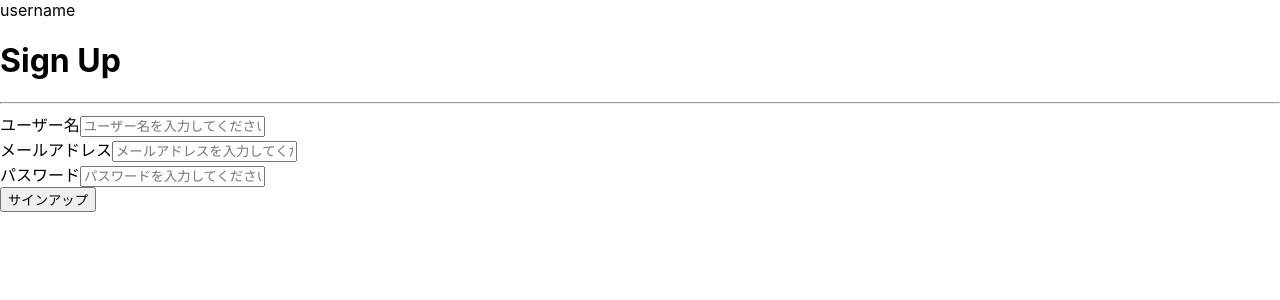
Repository: tosaken1116/Backs-of-seniors-hackathon
Page: /components/SignUpModal
The author's editor kept a copy of each file at every save. The page is drawn from the files as they stood at one save, then again after the next save.
The browser window is 1280 px wide. The pictures show the whole page.
The project was rebuilt for these pictures with package versions that can differ from the ones it lists, and the page was loaded fresh each time. The framework's server and built-in components were replaced by stand-ins that run in the browser. Also part of the build but not shown: next.config.js.

Above is the page before, as saved 2022-07-17 03:36:57.

### pages/_document.js
import Document, { Head, Html, Main, NextScript } from 'next/document'

class MyDocument extends Document {
  render() {
    return (
      <Html>
        <Head>
          <link
            href="https://fonts.googleapis.com/css2?family=Inter&display=optional"
            rel="stylesheet"
          />
        </Head>
        <body>
          <Main />
          <NextScript />
        </body>
      </Html>
    )
  }
}

export default MyDocument

### pages/components/SignUpModal.tsx
import { useState } from "react";
export default function SignInModal() {
    type loginElement = {
        username: string;
        email: string;
        password: string;
    };
    type register = {
        registeredemail: string;
        registeredpassword: string;
    };

    let initialValues = { username: "", email: "", password: "" };
    const [formValues, setFormValues] = useState<loginElement>(initialValues);
    const [formErrors, setFormErrors] = useState<loginElement>(initialValues);
    // const [isSubmit, setIsSubmit] = useState(false);

    const handleChange = (event) => {
        // console.log(event.target);
        const { name, value } = event.target;
        setFormValues({ ...formValues, [name]: value });
    };

    const handleSubmit = (event) => {
        event.preventDefault();
        //ログイン情報の送信
        //バリデーションチェック
        {
            /*setFormErrors(validate(formValues));
        console.log(formErrors);*/
        }
        // setIsSubmit(true);
    };

    /*const validate = (values) => {
        const errors: loginElement = initialValues;
        if (!values.username) {
            errors.username = "ユーザー名を入力してください";
        }
        if (!values.email) {
            errors.email = "メールアドレスを入力してください";
        }
        if (!values.password) {
            errors.password = "パスワードを入力してください";
        } else if (values.password.length < 4) {
            errors.password =
                "4文字以上15文字以下のパスワードを入力してください";
        } else if (values.password.length > 15) {
            errors.password =
                "4文字以上15文字以下のパスワードを入力してください";
        }
        // console.log(errors);
        return errors;
    };
    };*/

    return (
        <div>
            <div className="flex">
                <div className="flex-none w-14 h-14">username</div>
            </div>
            <div className="formcontainer">
                <form onSubmit={(event) => handleSubmit(event)}>
                    <h1>Sign Up</h1>
                    <hr />
                    <div className="uiForm">
                        <div className="formField">
                            <label>ユーザー名</label>
                            <input
                                type="text"
                                placeholder="ユーザー名を入力してください"
                                name="username"
                                required
                                onChange={(event) => handleChange(event)}
                            />
                            {/* <div>{formErrors.username}</div> */}
                        </div>
                        {/* <p className="errormsg">{formErrors.username}</p> */}
                        <div className="formField">
                            <label>メールアドレス</label>
                            <input
                                type="text"
                                placeholder="メールアドレスを入力してください"
                                name="email"
                                required
                                onChange={(event) => handleChange(event)}
                            />
                            {/* <div>{formErrors.email}</div> */}
                        </div>
                        {/* <p className="errormsg">{formErrors.email}</p> */}
                        <div className="formField">
                            <label>パスワード</label>
                            <input
                                type="password"
                                placeholder="パスワードを入力してください"
                                name="password"
                                required
                                onChange={(event) => handleChange(event)}
                            />
                        </div>
                        {/* <div>{formErrors.password}</div> */}
                        {/* <p className="errormsg">{formErrors.password}</p> */}
                        <button
                            className="rounded-none... SubmitButton"
                            type="submit"
                        >
                            サインアップ
                        </button>
                        {/* {Object.keys isSubmit && ( <div>サインアップ完了</div>)}*/}
                    </div>
                </form>
            </div>
        </div>
    );
}

Loaded but not shown: pages/_app.js (common file); styles/globals.css (common file)

After the next save:
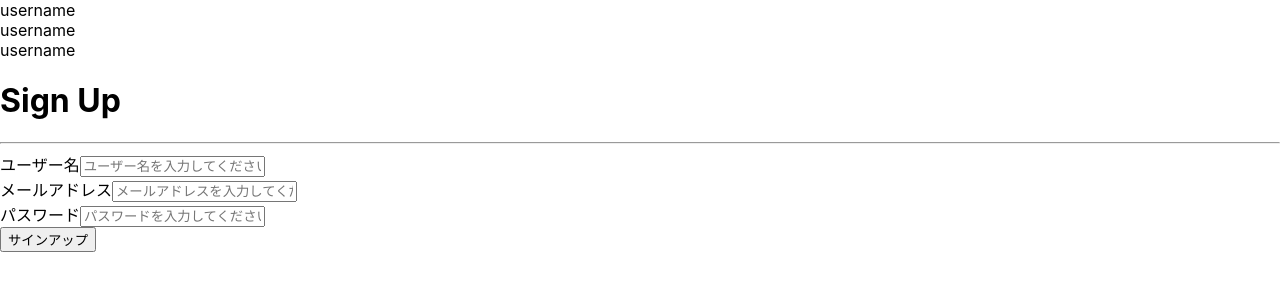
Saved 55 s later.
--- a/pages/components/SignUpModal.tsx
+++ b/pages/components/SignUpModal.tsx
@@ -58,6 +58,8 @@
         <div>
             <div className="flex">
                 <div className="flex-none w-14 h-14">username</div>
+                <div className="flex-none w-14 h-14">username</div>
+                <div className="flex-none w-14 h-14">username</div>
             </div>
             <div className="formcontainer">
                 <form onSubmit={(event) => handleSubmit(event)}>

After the 3 saves that followed:
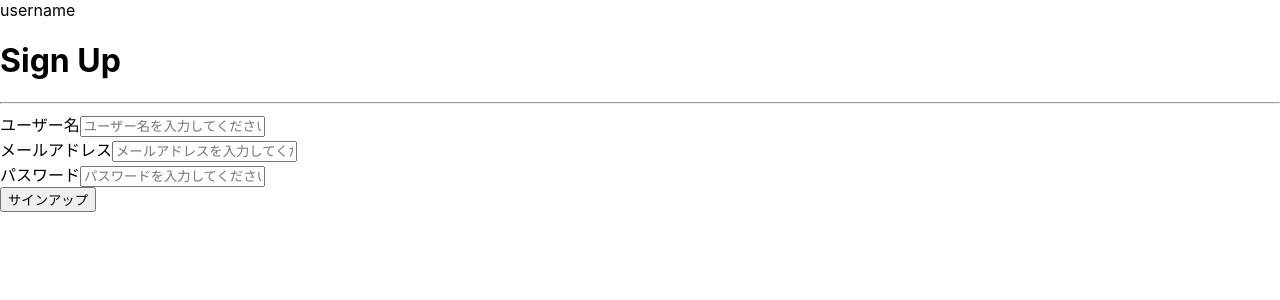
The 3 saves are shown as one change because 2 left the picture as it was.
The last was saved 5 min 48 s later.
--- a/pages/components/SignUpModal.tsx
+++ b/pages/components/SignUpModal.tsx
@@ -57,9 +57,9 @@
     return (
         <div>
             <div className="flex">
-                <div className="flex-none w-14 h-14">username</div>
-                <div className="flex-none w-14 h-14">username</div>
-                <div className="flex-none w-14 h-14">username</div>
+                <div className=" grid grid-rows-4">username</div>
+                {/*<div className=" grid grid-rows-4">username</div>
+                <div className=" grid grid-rows-4">username</div>*/}
             </div>
             <div className="formcontainer">
                 <form onSubmit={(event) => handleSubmit(event)}>
